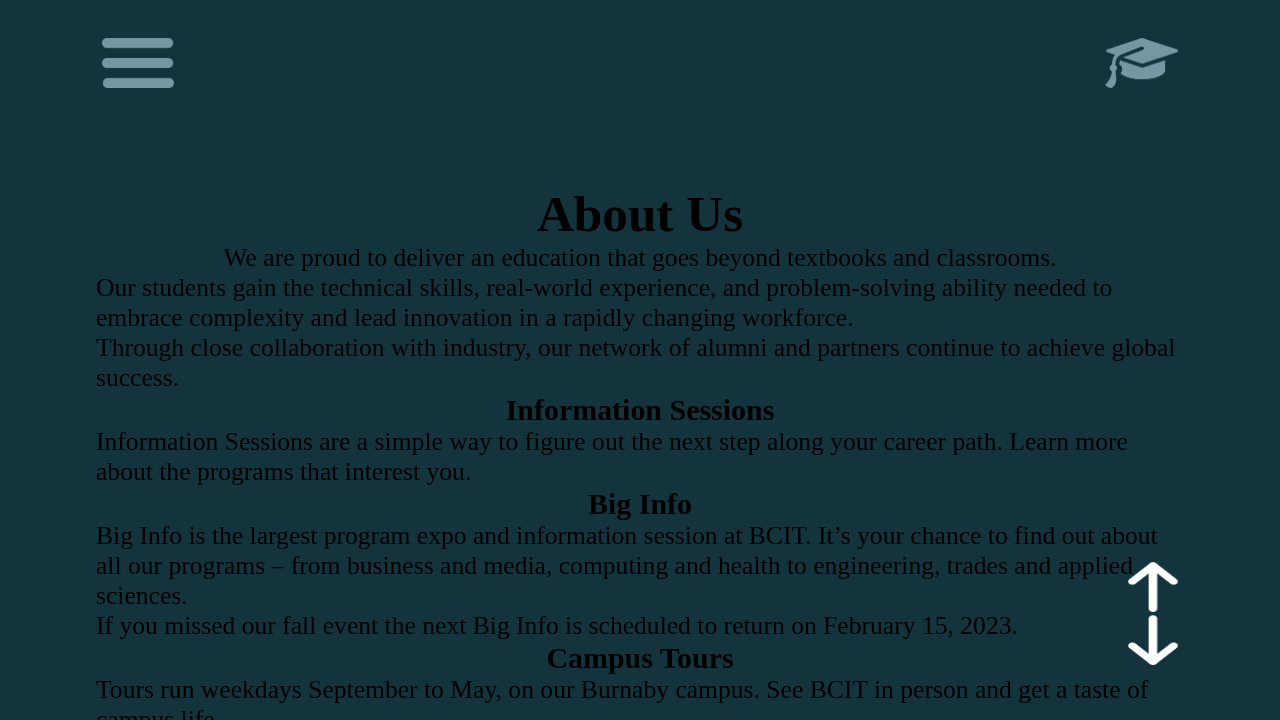
Repository: Kinakopan/playwright_bcit
Page: /about
The author's editor kept a copy of each file at every save. The page is drawn from the files as they stood at one save, then again after the next save.
The browser window is 1280 px wide. The pictures show the whole page.
Some web fonts or font styles are not loaded; a fallback is used. The project was rebuilt for these pictures with package versions that can differ from the ones it lists, and the page was loaded fresh each time. The framework's server and built-in components were replaced by stand-ins that run in the browser. Also part of the build but not shown: next.config.js.

Above is the page before, as saved 2023-01-28 10:37:14.

### pages/_app.js
// import '@/styles/globals.css'
import '../styles/globals.css'
import '../styles/variables.css'
import Head from 'next/head'

export default function App({ Component, pageProps }) {
  return (
    <>
      <Head>
        <title>Example #1</title>
        <meta name="description" content="Generated by create next app" />
        <meta name="viewport" content="width=device-width, initial-scale=1" />
        <link href="https://fonts.googleapis.com/css2?family=Myriad+Pro:wght@100;400;700&display=swap" rel="stylesheet" />
        <link rel="icon" href="/favicon.ico" />
      </Head>
      <Component {...pageProps} />
    </>
  )
}

### pages/about.js
// export default function About() {
//   return (
//     <div>
//       <h1>About Page</h1>
//       <h1>About Page</h1>
//     </div>
//   )
// }


// import axios from 'axios'
import Link from 'next/link';
import styles from '@/styles/Home.module.css';
import Arrow from '/components/arrow';
import Navbar from '/components/navbar';
import { Inter } from '@next/font/google';
import { useState, useEffect } from 'react';

const inter = Inter({ subsets: ['latin'] })

export default function About() {

  return (
    <>
      <div
        className={`${styles.body} ${styles.aboutBody}`}
        >
        <div className={styles.wrapper}>

          <Navbar/>

          {/* Main contents under nav bar */}
          <main className={styles.main}>

              <h1 className={styles.heading_about}>
                About Us
              </h1>

              <p className={styles.text_body}>
                We are proud to deliver an education that goes beyond textbooks and classrooms.
              </p>

              <p className={styles.text_body}>
                Our students gain the technical skills, real-world experience, and problem-solving ability needed to embrace complexity and lead innovation in a rapidly changing workforce.
              </p>

              <p className={styles.text_body}>
                Through close collaboration with industry, our network of alumni and partners continue to achieve global success.
              </p>

              <h3 className={styles.heading_h2}>
                Information Sessions
              </h3>

              <p className={styles.text_body}>
                Information Sessions are a simple way to figure out the next step along your career path. Learn more about the programs that interest you.
              </p>

              <h3 className={styles.heading_h2}>
                Big Info
              </h3>

              <p className={styles.text_body}>
                Big Info is the largest program expo and information session at BCIT. It’s your chance to find out about all our programs – from business and media, computing and health to engineering, trades and applied sciences.<br/>

                If you missed our fall event the next Big Info is scheduled to return on February 15, 2023.
              </p>

              <h3 className={styles.heading_h2}>
                Campus Tours
              </h3>

              <p className={styles.text_body}>
                Tours run weekdays September to May, on our Burnaby campus. See BCIT in person and get a taste of campus life.
              </p>

              <h2 className={styles.heading_about}>
                DEPARTMENTS
              </h2>

              <ul>
                <li>
                  Applied & Natural Sciences
                </li>
                <li>
                  Business & Media
                </li>
                <li>
                  Computing & IT
                </li>
                <li>
                  Engineering
                </li>
                <li>
                  Health Sciences
                </li>
                <li>
                  Trades & Aprenticeships
                </li>
              </ul>
          </main>

          <Arrow/>

        </div>
      </div>
    </>
  )
}

### styles/variables.css
:root {
  --primary-color: |#fff;
  --secondary-color: #F4D6B9;
  --ternary-color: #7796A4;
  --quaternary-color: #14343D;
  --quinary-color: rgba(16,46,53,0.5);
}

### styles/Home.module.css
@import '/styles/variables.css';

.main {
  display: flex;
  flex-direction: column;
  justify-content: space-between;
  align-items: center;
  padding: 6rem;
  min-height: 100vh;
}

.description {
  display: inherit;
  justify-content: inherit;
  align-items: inherit;
  font-size: 0.85rem;
  max-width: var(--max-width);
  width: 100%;
  z-index: 2;
  font-family: var(--font-mono);
}

.description a {
  display: flex;
  justify-content: center;
  align-items: center;
  gap: 0.5rem;
}

.description p {
  position: relative;
  margin: 0;
  padding: 1rem;
  background-color: rgba(var(--callout-rgb), 0.5);
  border: 1px solid rgba(var(--callout-border-rgb), 0.3);
  border-radius: var(--border-radius);
}

.code {
  font-weight: 700;
  font-family: var(--font-mono);
}

.grid {
  display: grid;
  grid-template-columns: repeat(4, minmax(25%, auto));
  width: var(--max-width);
  max-width: 100%;
}

.card {
  padding: 1rem 1.2rem;
  border-radius: var(--border-radius);
  background: rgba(var(--card-rgb), 0);
  border: 1px solid rgba(var(--card-border-rgb), 0);
  transition: background 200ms, border 200ms;
}

.card span {
  display: inline-block;
  transition: transform 200ms;
}

.card h2 {
  font-weight: 600;
  margin-bottom: 0.7rem;
}

.card p {
  margin: 0;
  opacity: 0.6;
  font-size: 0.9rem;
  line-height: 1.5;
  max-width: 30ch;
}

.center {
  display: flex;
  justify-content: center;
  align-items: center;
  position: relative;
  padding: 4rem 0;
}

.center::before {
  background: var(--secondary-glow);
  border-radius: 50%;
  width: 480px;
  height: 360px;
  margin-left: -400px;
}

.center::after {
  background: var(--primary-glow);
  width: 240px;
  height: 180px;
  z-index: -1;
}

.center::before,
.center::after {
  content: '';
  left: 50%;
  position: absolute;
  filter: blur(45px);
  transform: translateZ(0);
}

.logo,
.thirteen {
  position: relative;
}

.thirteen {
  display: flex;
  justify-content: center;
  align-items: center;
  width: 75px;
  height: 75px;
  padding: 25px 10px;
  margin-left: 16px;
  transform: translateZ(0);
  border-radius: var(--border-radius);
  overflow: hidden;
  box-shadow: 0px 2px 8px -1px #0000001a;
}

.thirteen::before,
.thirteen::after {
  content: '';
  position: absolute;
  z-index: -1;
}

/* Conic Gradient Animation */
.thirteen::before {
  animation: 6s rotate linear infinite;
  width: 200%;
  height: 200%;
  background: var(--tile-border);
}

/* Inner Square */
.thirteen::after {
  inset: 0;
  padding: 1px;
  border-radius: var(--border-radius);
  background: linear-gradient(
    to bottom right,
    rgba(var(--tile-start-rgb), 1),
    rgba(var(--tile-end-rgb), 1)
  );
  background-clip: content-box;
}

/* Enable hover only on non-touch devices */
@media (hover: hover) and (pointer: fine) {
  .card:hover {
    background: rgba(var(--card-rgb), 0.1);
    border: 1px solid rgba(var(--card-border-rgb), 0.15);
  }

  .card:hover span {
    transform: translateX(4px);
  }
}

@media (prefers-reduced-motion) {
  .thirteen::before {
    animation: none;
  }

  .card:hover span {
    transform: none;
  }
}

/* Mobile */
@media (max-width: 700px) {
  .content {
    padding: 4rem;
  }

  .grid {
    grid-template-columns: 1fr;
    margin-bottom: 120px;
    max-width: 320px;
    text-align: center;
  }

  .card {
    padding: 1rem 2.5rem;
  }

  .card h2 {
    margin-bottom: 0.5rem;
  }

  .center {
    padding: 8rem 0 6rem;
  }

  .center::before {
    transform: none;
    height: 300px;
  }

  .description {
    font-size: 0.8rem;
  }

  .description a {
    padding: 1rem;
  }

  .description p,
  .description div {
    display: flex;
    justify-content: center;
    position: fixed;
    width: 100%;
  }

  .description p {
    align-items: center;
    inset: 0 0 auto;
    padding: 2rem 1rem 1.4rem;
    border-radius: 0;
    border: none;
    border-bottom: 1px solid rgba(var(--callout-border-rgb), 0.25);
    background: linear-gradient(
      to bottom,
      rgba(var(--background-start-rgb), 1),
      rgba(var(--callout-rgb), 0.5)
    );
    background-clip: padding-box;
    backdrop-filter: blur(24px);
  }

  .description div {
    align-items: flex-end;
    pointer-events: none;
    inset: auto 0 0;
    padding: 2rem;
    height: 200px;
    background: linear-gradient(
      to bottom,
      transparent 0%,
      rgb(var(--background-end-rgb)) 40%
    );
    z-index: 1;
  }
}

/* Tablet and Smaller Desktop */
@media (min-width: 701px) and (max-width: 1120px) {
  .grid {
    grid-template-columns: repeat(2, 50%);
  }
}

@media (prefers-color-scheme: dark) {
  .vercelLogo {
    filter: invert(1);
  }

  .logo,
  .thirteen img {
    filter: invert(1) drop-shadow(0 0 0.3rem #ffffff70);
  }
}

@keyframes rotate {
  from {
    transform: rotate(360deg);
  }
  to {
    transform: rotate(0deg);
  }
}



/*****************************
******************************
            AUTHOR
******************************
*****************************/

/*============================
    From here - Common Style
============================*/
/* From here - components/navbar.js */
.nav {
  display: flex;
  flex-direction: row;
  justify-content: space-between;
  width: 100%;
  padding: 3% 8% 0 8%;
}

.burgar,
.hat {
  width: fit-content;
}

/* From here - components/arrow.js */
.arrowBox {
  flex: 1;
  display: flex;
  flex-direction: column;
  justify-content: space-between;
  align-items: flex-end;
  position: fixed;
  width: fit-content;
  height: 12%;
  right: 8%;
  bottom: 10%;
}

.arrowBox * {
  background: transparent;
  border: none;
}

/* From here - general */
.homeBody,
.wrapper {
  display: flex;
  flex-direction: column;
  width: 100vw;
  height: 100vh;
  overflow: hidden;
}

.homeBody {
  /* font-size: 62.5%; */
  background-size: cover;
  background-position: center;
  background-repeat: no-repeat;
  line-height: 1.5;
  font-family: 'Myriad Pro', sans-serif;
  font-weight: 100;
  text-align: left;
}

.wrapper {
  font-size: 1.6rem;
  background-size: cover;
}

.main {
  display: flex;
  width: 100%;
}

/* .heading_h1 {

}

.heading_h2 {

} */
/*============================
    From here - Home Page
============================*/
.homeBody .main {
  flex-direction: row;
  justify-content: flex-start;
  align-items: flex-end;
  padding: 0 0 12% 21%;
}

.homeBody .textBox {
  display: flex;
  flex-direction: column;
  width: 48%;
}

.homeBody .textBox * {
  color: var(--primary-color);
}

.homeBody .text_lead {
  font-family: 'Myriad Pro', sans-serif;
  /* font-size: 3.6rem; */
  font-size: 220%;
  line-height: 1.3;
  padding-bottom: 3%;
  margin-bottom: 3%;
  border-bottom: 4px solid;
  border-image: linear-gradient(to right, rgba(244,214,185,1) 0%, rgba(244,214,185,1) 69%, rgba(244,214,185,0) 69%, rgba(244,214,185,0) 100%) 1;
}

.homeBody .text_body,
.homeBody .text_btnBox * {
  opacity: .9;
}

.homeBody .text_btnBox {
  display: flex;
  flex-direction: row;
}

.homeBody .text_btnBox * {
  font-size: 1.4rem;
  background: transparent;
  padding: .3% 3%;
  border: 3px solid;
  border-color: var(--primary-color);
  border-radius: 10px;
  margin: 3% 2.5% 0 0;
}

.homeBody .btn_about:hover {
  color: transparent;
  background: white;
}

/*============================
    From here - About Page
============================*/
.aboutBody {
  background: var(--quaternary-color);
}

/* .homeBody .main {

} */

.heading_about {
  display: flex;
  align-items: center;
}

.heading_about:before,
.heading_about:after {
  content: "";
  height: 1px;
  flex-grow: 1;
  background: var(--primary-glow);
}

.heading_about:before {
  margin-right: 1rem;
}

.heading_about:after {
  margin-left: 1rem;
}

.aboutBody .text_body {
  display: flex;
  justify-content: flex-start;
  align-items: flex-start;
}


/*============================
    From here - Contact Page
============================*/

### components/arrow.js
import Image from 'next/image';
import styles from '@/styles/Home.module.css';

export default function Arrow() {
  return (
    <div className={styles.arrowBox}>
      <button
        className={styles.arrowDown}
        onClick={() => setUpArrowClicked(true)}
      >
        <Image
          src='/icons/upwardArrow.png'
          alt="Upward arrow icon"
          width={50}
          height={50}
        />
      </button>

      <button
        className={styles.arrowDown}
        onClick={() => setDownArrowClicked(true)}
      >
        <Image
          src='/icons/downwardArrow.png'
          alt="Downward arrow icon"
          width={50}
          height={50}
        />
      </button>
    </div>
  )
}

### components/navbar.js
import Image from 'next/image';
import styles from '@/styles/Home.module.css';

export default function Navbar() {
  return (
    <nav className={styles.nav}>
      <Image
        className={styles.burgar}
        src='/icons/menu-icon.png'
        alt="menu icon"
        width={50}
        height={50}
      />
      <Image
        className={styles.hat}
        src='/icons/graduation-hat.png'
        alt="Graduation hat icon"
        width={50}
        height={50}
      />
    </nav>
  )
}

Loaded but not shown: pages/_document.js (common file); styles/globals.css (common file)

After the next save:
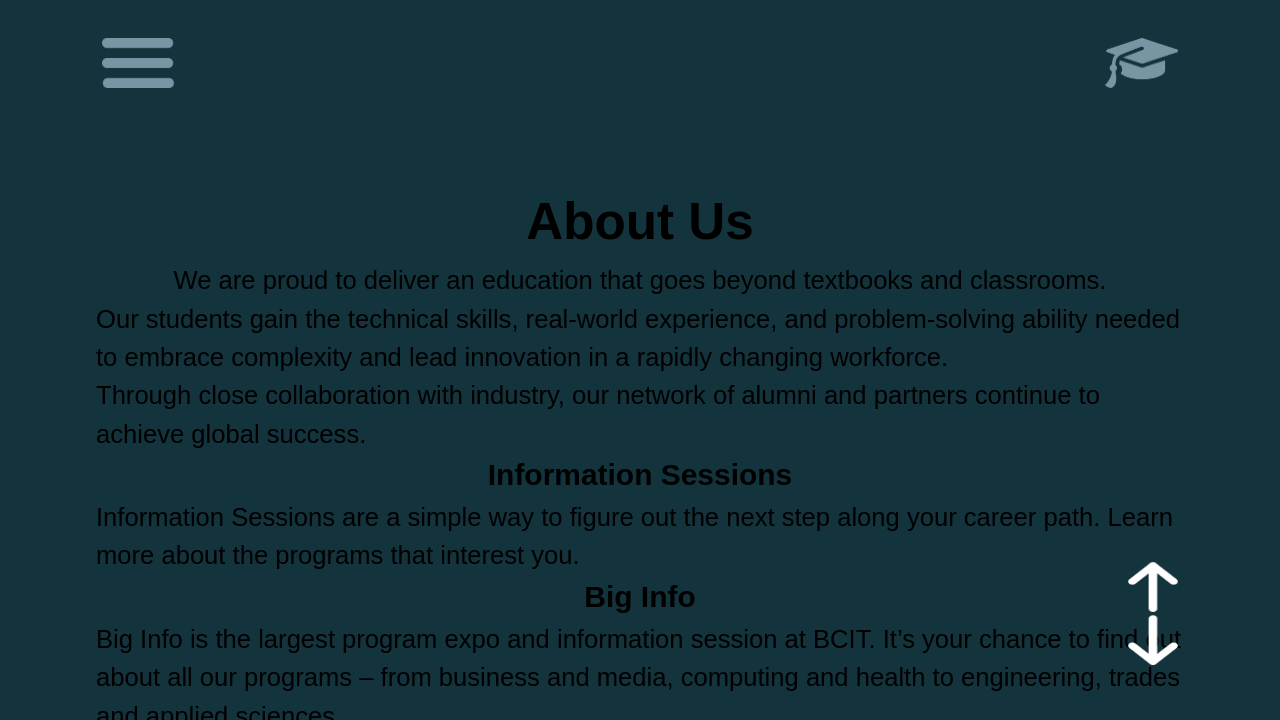
Saved 40 s later.
--- a/styles/Home.module.css
+++ b/styles/Home.module.css
@@ -325,6 +325,8 @@
 
 /* From here - general */
 .homeBody,
+.aboutBody,
+.contactBody,
 .wrapper {
   display: flex;
   flex-direction: column;
@@ -333,7 +335,9 @@
   overflow: hidden;
 }
 
-.homeBody {
+.homeBody,
+.aboutBody,
+.contactBody {
   /* font-size: 62.5%; */
   background-size: cover;
   background-position: center;
